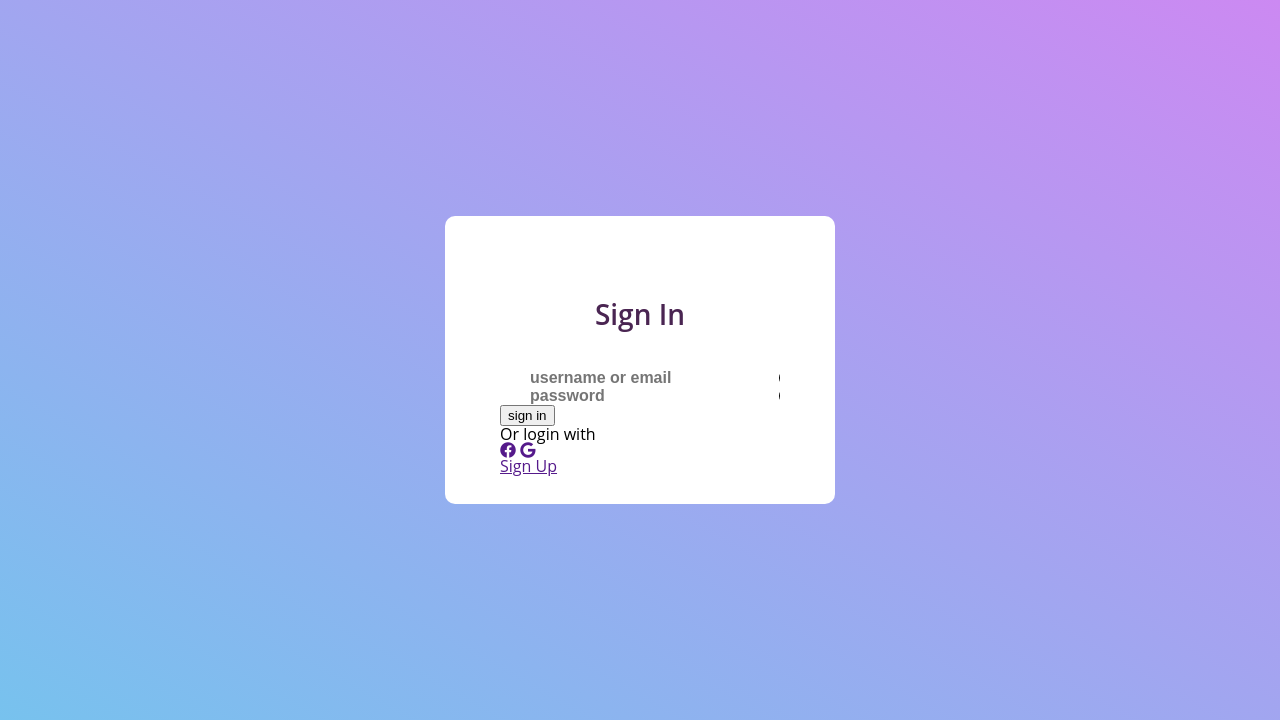
Repository: letrongtinh27/LapTrinhWeb
Page: signin/index.html
An editor plug-in stored every save of this project. The page is shown before and after the next save, followed by the edit.
The browser window is 1280 px wide. The pictures show the whole page.

Above is the page before, as saved 2022-10-09 20:44:31.

### signin/index.html
<!DOCTYPE html>
<html lang="en">
<head>
    <meta charset="UTF-8">
    <meta http-equiv="X-UA-Compatible" content="IE=edge">
    <meta name="viewport" content="width=device-width, initial-scale=1.0">
    <title>Sign In</title>
    <link rel="stylesheet" href="reset.css">
    <link rel="stylesheet" href="style.css">
    <link rel="stylesheet" href="https://cdnjs.cloudflare.com/ajax/libs/font-awesome/6.2.0/css/all.min.css" integrity="sha512-xh6O/CkQoPOWDdYTDqeRdPCVd1SpvCA9XXcUnZS2FmJNp1coAFzvtCN9BmamE+4aHK8yyUHUSCcJHgXloTyT2A==" crossorigin="anonymous" referrerpolicy="no-referrer" />
</head>
<body>
    <div class="sign-in">
        <h4 class="title">Sign In</h4>
        <form action="#" class="form-group">
            <div class="form-item">
                <input type="text" placeholder="username or email">
            </div>
            <div class="form-item">
                <input type="password" placeholder="password">
            </div>
            <button class="btn-signin">sign in</button>
            <p>Or login with</p>
            <div class="sing-in-icon">
                <a href="" class="facebook"><i class="fa-brands fa-facebook"></i></a>
                <a href="" class="google"><i class="fa-brands fa-google"></i></a>
            </div>
            <a href="" class="sign-up">Sign Up</a>
        </form>
    </div>
    <script src="https://code.jquery.com/jquery-3.3.1.slim.min.js" integrity="sha384-q8i/X+965DzO0rT7abK41JStQIAqVgRVzpbzo5smXKp4YfRvH+8abtTE1Pi6jizo" crossorigin="anonymous"></script>
    <script src="https://cdn.jsdelivr.net/npm/popper.js@1.14.7/dist/umd/popper.min.js" integrity="sha384-UO2eT0CpHqdSJQ6hJty5KVphtPhzWj9WO1clHTMGa3JDZwrnQq4sF86dIHNDz0W1" crossorigin="anonymous"></script>
    <script src="https://cdn.jsdelivr.net/npm/bootstrap@4.3.1/dist/js/bootstrap.min.js" integrity="sha384-JjSmVgyd0p3pXB1rRibZUAYoIIy6OrQ6VrjIEaFf/nJGzIxFDsf4x0xIM+B07jRM" crossorigin="anonymous"></script>
</body>
</html>

### signin/style.css
html {
    font-family: 'Open Sans',sans-serif;
}

* {
    box-sizing: border-box;
}

body {
    width: 100%;
    height: 100vh;
    background-image: linear-gradient(to right top,  #77C2EE, #CC89f2);
    display: flex;
    justify-content: center;
    align-items: center;
}

.sign-in{
    background-color: #ffffff;
    border-radius: 10px;
    width: 100%;
    max-width: 390px;
    padding: 80px 55px 30px 55px;

}
.title{
    font-size: 28px;
    font-weight: 600;
    text-align: center;
    color: #4a2552;
    padding-bottom: 37px;
    line-height: 36px;
}
.form-group{

}
.form-item{
    background-color: black;
    border-radius: 20px;

}

.form-item> input{
    padding: 0 30px;
    border: 0;
    color: #4a2552;
    font-weight: 700;
    font-size: 16px;
}
.btn-signin{

}
.sing-in-icon{

}
.facebook{

}
.fa-brands{

}
.fa-facebook{

}
.google{

}
.fa-google{

}
.sign-up{

}

Loaded but not shown: signin/reset.css (common file)

After the next save:
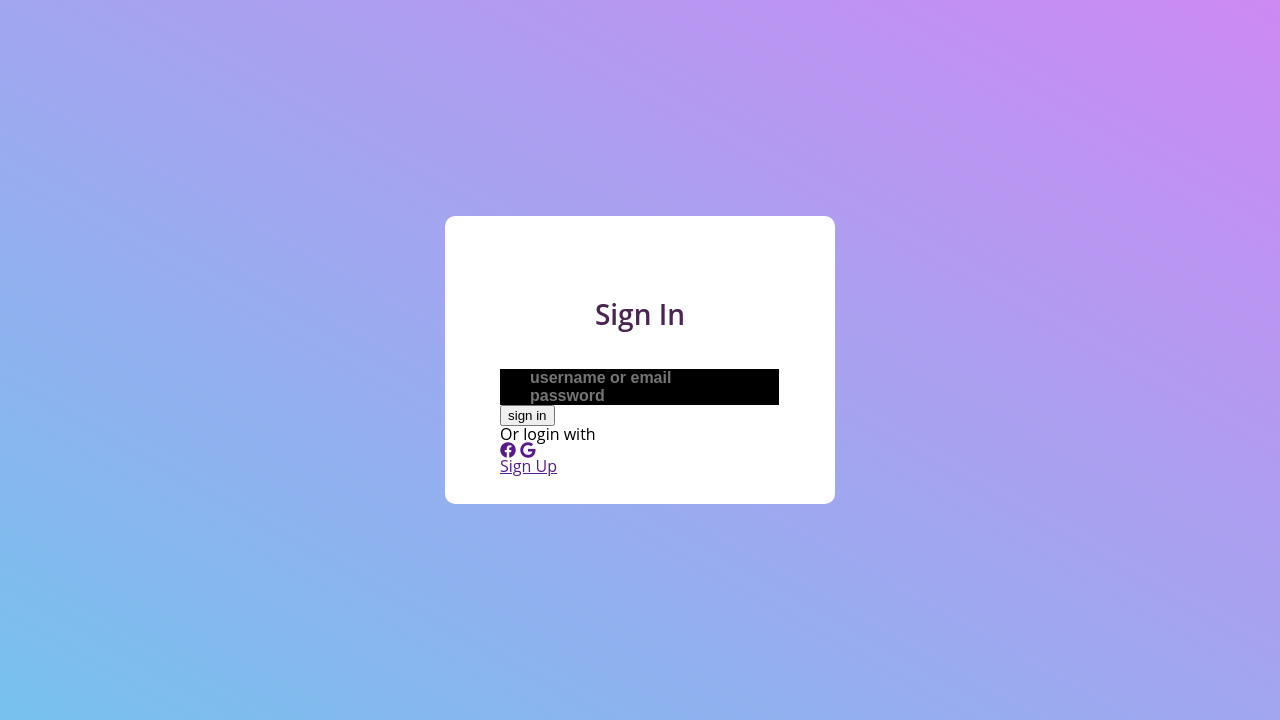
Saved 8 s later.
--- a/signin/style.css
+++ b/signin/style.css
@@ -35,12 +35,12 @@ body {
 
 }
 .form-item{
-    background-color: black;
     border-radius: 20px;
 
 }
 
 .form-item> input{
+    background-color: black;
     padding: 0 30px;
     border: 0;
     color: #4a2552;
